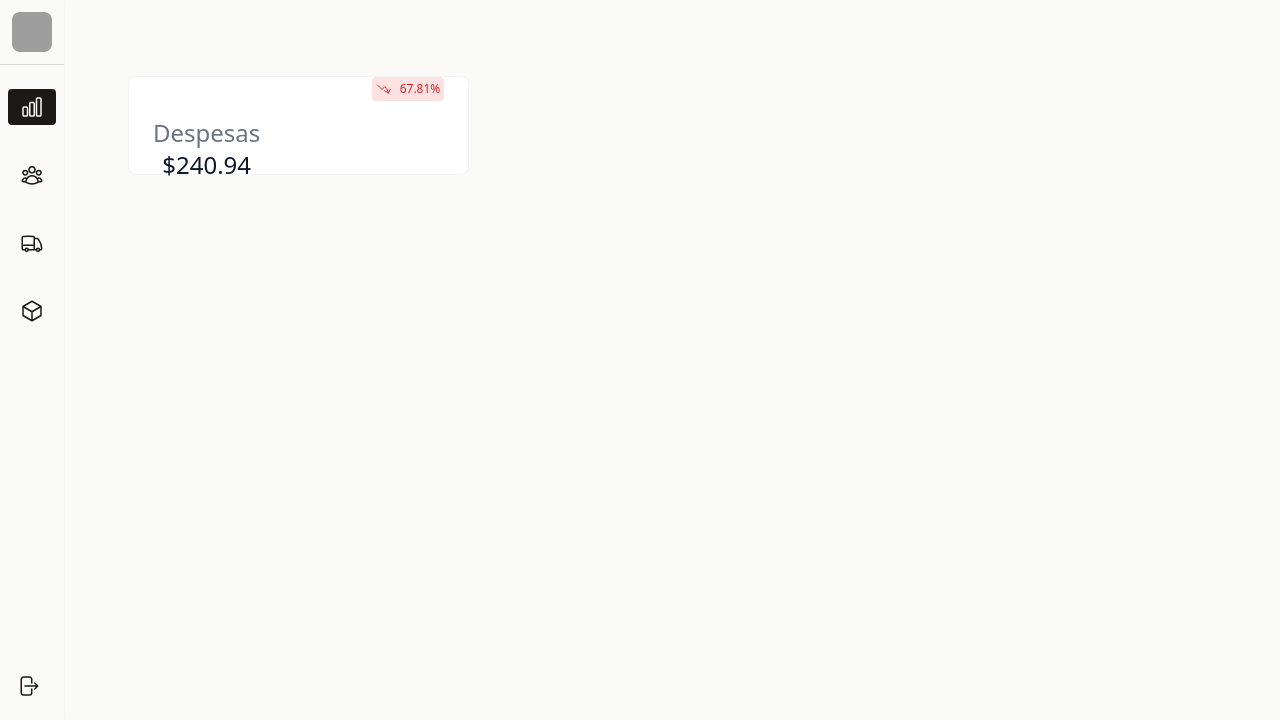
Repository: XavierOtavio/Cuzinhas
Page: /dashboard
An editor plug-in stored every save of this project. The page is shown before and after the next save, followed by the edit.
The browser window is 1280 px wide. The pictures show the whole page.
Pictures or frames that could not be fetched are drawn as grey boxes. The project was rebuilt for these pictures with package versions that can differ from the ones it lists, and the page was loaded fresh each time. Also part of the build but not shown: src/components/Orders.js, src/components/Employees.js, src/components/Login.js, src/components/Register.js, src/components/Home.js, src/components/Logotipo.js, src/components/Header.js, src/components/Footer.js and 1 more.

Above is the page before, as saved 2023-03-08 18:36:43.

### src/App.js
import { Route, Routes } from "react-router-dom";
import LayoutBackend from "./components/LayoutBackend";
import Dashboard from "./components/Dashboard";
import Orders from "./components/Orders";
import Employees from "./components/Employees";
import Login from "./components/Login";
import Register from "./components/Register";
import Home from "./components/Home";
import LayoutFront from "./components/LayoutFront";

function App() {
  return (
    <div className="App">
      <Routes>
        <Route path="/dashboard" element={<LayoutBackend />}>
          <Route path="" element={<Dashboard />} />
          <Route path="orders" element={<Orders />} />
          <Route path="employees" element={<Employees />} />
        </Route>
        <Route path="" element={<LayoutFront />}>
          <Route path="/" element={<Home />} />
        </Route>
        <Route path="/login" element={<Login />} />
        <Route path="/register" element={<Register />} />
      </Routes>
    </div>
  );
}

export default App;

### src/components/LayoutBackend.js
import React from "react";
import SideBar from "./SideBar";
import { Outlet } from "react-router-dom";

export default function LayoutBackend() {
  return (
    <>
      <div className="absolute h-screen w-screen">
        <SideBar />
        <div className="relative flex h-full items-center justify-center bg-stone-50">
          <Outlet />
        </div>
      </div>
    </>
  );
}

### src/components/Dashboard.js
import React from "react";
import {
  ArrowTrendingUpIcon,
  ArrowTrendingDownIcon,
} from "@heroicons/react/24/outline";

export default function Dashboard() {
  return (
    <div className="absolute inset-0 mx-32 my-16 grid grid-cols-12 grid-rows-6">
      <div className="row-start-1 row-end-2 col-start-1 col-end-5">
        <button class="flex flex-col gap-4 rounded-lg border border-gray-100 bg-white w-full h-full my-3 px-6">
          <div class="inline-flex gap-2 self-end rounded bg-red-100 p-1 text-red-600">
            <ArrowTrendingDownIcon className="h-4 w-4" />

            <span class="text-xs font-medium"> 67.81% </span>
          </div>

          <div>
            <strong class="block text-left text-2xl font-medium text-gray-500">
              Despesas
            </strong>

            <p>
              <span class="text-2xl font-medium text-gray-900"> $240.94 </span>
            </p>
          </div>
        </button>
      </div>
    </div>
  );
}

### src/components/SideBar.js
import React from "react";
import { Link, useLocation } from "react-router-dom";
import {
  ArrowRightOnRectangleIcon,
  ChartBarIcon,
  CubeIcon,
  TruckIcon,
  UserGroupIcon,
} from "@heroicons/react/24/outline";

export default function SideBar() {
  const location = useLocation();
  return (
    <div className="absolute inset-y-0 left-0 z-10 w-16 shadow-sm bg-stone-50">
      <div>
        <div className="inline-flex h-16 w-16 items-center justify-center">
          <Link
            to="/profile"
            className="group relative flex justify-center rounded"
          >
            <img
              alt="user"
              className="rounded-lg h-10 w-10"
              src="https://cdn.discordapp.com/attachments/1082425024104894666/1082799435727253584/xSVMV6xD9Cf7K56wjeEF--1--2htnr.jpg"
            />
            <span className="absolute left-full text-left whitespace-nowrap top-1/2 ml-4 -translate-y-1/2 rounded bg-stone-900 px-2 py-1.5 text-xs font-medium text-stone-50 opacity-0 group-hover:opacity-100">
              Perfil <p className="font-light">Xavier Otávio</p>
            </span>
          </Link>
        </div>
        <div className="border-t border-stone-300">
          <nav aria-label="Main" className="flex flex-col p-2">
            <div className="py-4">
              <Link
                to="/dashboard"
                className={`group relative flex  justify-center rounded  px-2 py-1.5  ${
                  location.pathname === "/dashboard"
                    ? "bg-stone-900 text-stone-50"
                    : "bg-stone-50 text-stone-900"
                }`}
              >
                <ChartBarIcon className="h-6 w-6" />
                <span className="absolute left-full top-1/2 ml-4 -translate-y-1/2 rounded bg-stone-900 px-2 py-1.5 text-xs font-medium text-stone-50 opacity-0 group-hover:opacity-100">
                  Dashboard
                </span>
              </Link>
            </div>
            <div className="py-4">
              <Link
                to="/dashboard/employees"
                className={`group relative flex  justify-center rounded  px-2 py-1.5  ${
                  location.pathname === "/dashboard/employees"
                    ? "bg-stone-900 text-stone-50"
                    : "bg-stone-50 text-stone-900"
                }`}
              >
                <UserGroupIcon className="h-6 w-6" />
                <span className="absolute left-full top-1/2 ml-4 -translate-y-1/2 rounded bg-stone-900 px-2 py-1.5 text-xs font-medium text-stone-50 opacity-0 group-hover:opacity-100">
                  Empregados
                </span>
              </Link>
            </div>
            <div className="py-4">
              <Link
                to="/dashboard/orders"
                className={`group relative flex  justify-center rounded  px-2 py-1.5  ${
                  location.pathname === "/dashboard/orders"
                    ? "bg-stone-900 text-stone-50"
                    : "bg-stone-50 text-stone-900"
                }`}
              >
                <TruckIcon className="h-6 w-6" />
                <span className="absolute left-full top-1/2 ml-4 -translate-y-1/2 rounded bg-stone-900 px-2 py-1.5 text-xs font-medium text-stone-50 opacity-0 group-hover:opacity-100">
                  Encomendas
                </span>
              </Link>
            </div>
            <div className="py-4">
              <Link
                to="/dashboard/stock"
                className={`group relative flex  justify-center rounded  px-2 py-1.5  ${
                  location.pathname === "/dashboard/stock"
                    ? "bg-stone-900 text-stone-50"
                    : "bg-stone-50 text-stone-900"
                }`}
              >
                <CubeIcon className="h-6 w-6" />
                <span className="absolute left-full top-1/2 ml-4 -translate-y-1/2 rounded bg-stone-900 px-2 py-1.5 text-xs font-medium text-stone-50 opacity-0 group-hover:opacity-100">
                  Matérias-primas
                </span>
              </Link>
            </div>
            <div className="py-4 bottom-0 absolute">
              <Link
                to="/"
                className="group relative flex  justify-center rounded bg-stone-50 px-2 py-1.5 text-stone-900"
              >
                <ArrowRightOnRectangleIcon className="h-6 w-6" />
                <span className="absolute left-full top-1/2 ml-4 -translate-y-1/2 rounded bg-stone-900 px-2 py-1.5 text-xs font-medium text-stone-50 opacity-0 group-hover:opacity-100">
                  Sair
                </span>
              </Link>
            </div>
          </nav>
        </div>
      </div>
    </div>
  );
}

Loaded but not shown: public/index.html (common file); src/index.js (common file); src/index.css (common file); src/reportWebVitals.js (common file); tailwind.config.js (common file)

After the next save:
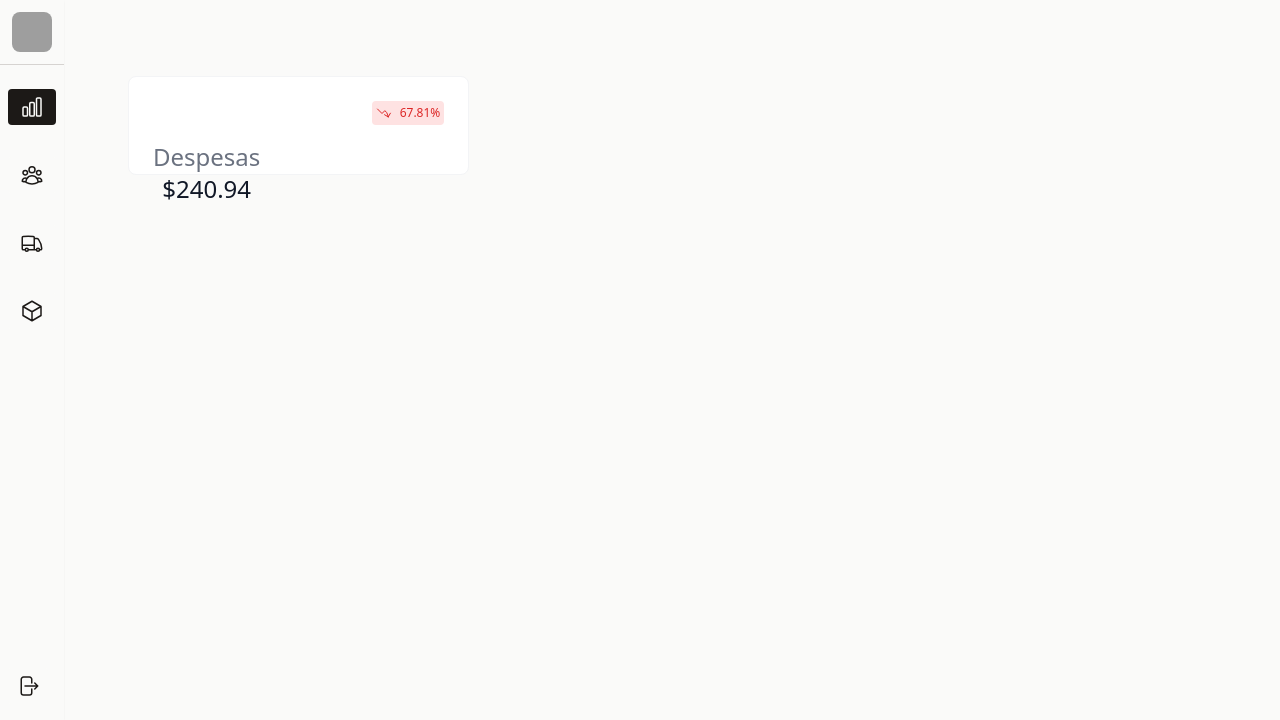
Saved 6 s later.
--- a/src/components/Dashboard.js
+++ b/src/components/Dashboard.js
@@ -8,7 +8,7 @@
   return (
     <div className="absolute inset-0 mx-32 my-16 grid grid-cols-12 grid-rows-6">
       <div className="row-start-1 row-end-2 col-start-1 col-end-5">
-        <button class="flex flex-col gap-4 rounded-lg border border-gray-100 bg-white w-full h-full my-3 px-6">
+        <button class="flex flex-col gap-4 rounded-lg border border-gray-100 bg-white w-full h-full my-3 p-6">
           <div class="inline-flex gap-2 self-end rounded bg-red-100 p-1 text-red-600">
             <ArrowTrendingDownIcon className="h-4 w-4" />
 

After the 3 saves that followed:
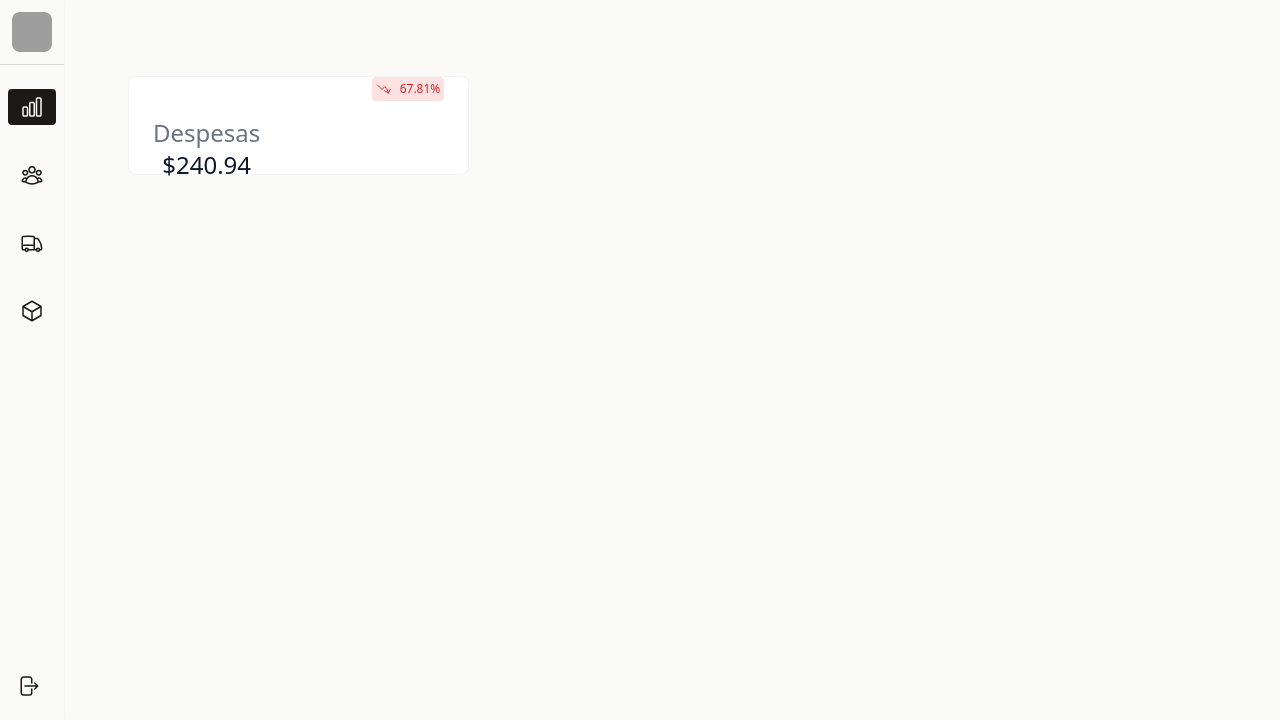
The 3 saves are shown as one change because they came seconds apart.
The last was saved 13 s later.
--- a/src/components/Dashboard.js
+++ b/src/components/Dashboard.js
@@ -8,7 +8,7 @@
   return (
     <div className="absolute inset-0 mx-32 my-16 grid grid-cols-12 grid-rows-6">
       <div className="row-start-1 row-end-2 col-start-1 col-end-5">
-        <button class="flex flex-col gap-4 rounded-lg border border-gray-100 bg-white w-full h-full my-3 p-6">
+        <button class="flex flex-col gap-4 rounded-lg border border-gray-100 bg-white w-full h-full my-3 px-6">
           <div class="inline-flex gap-2 self-end rounded bg-red-100 p-1 text-red-600">
             <ArrowTrendingDownIcon className="h-4 w-4" />
 
